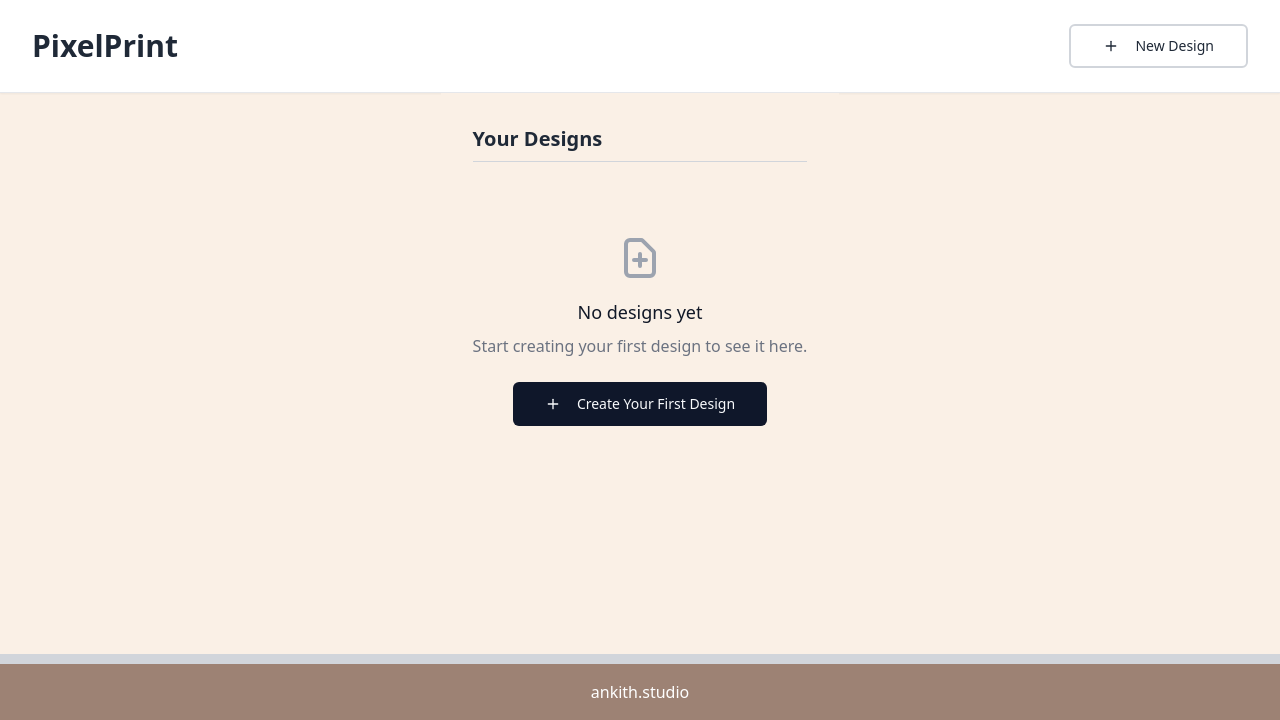
Repository: notankith/pixelprintv3
Page: /
An editor plug-in stored every save of this project. The page is shown before and after the next save, followed by the edit.
The browser window is 1280 px wide. The pictures show the whole page.
The page's requests for data from a server got no answer. The project was rebuilt for these pictures with package versions that can differ from the ones it lists, and the page was loaded fresh each time. No one was signed in, and anything a server would have sent is missing. Also part of the build but not shown: vite.config.ts, src/components/ui/tooltip.tsx, src/components/ui/badge.tsx, src/components/canvas/CanvasEditor.tsx, src/components/ui/input.tsx, src/components/ui/label.tsx, src/components/ui/select.tsx, src/components/ui/checkbox.tsx and 5 more.

Above is the page before, as saved 2025-09-06 14:36:29.

### index.html
<!DOCTYPE html>
<html lang="en">
  <head>
    <meta charset="UTF-8" />
    <meta name="viewport" content="width=device-width, initial-scale=1.0" />
    <title>pixelprint-designer</title>
    <meta name="description" content="Lovable Generated Project" />
    <meta name="author" content="Lovable" />

    <meta property="og:title" content="pixelprint-designer" />
    <meta property="og:description" content="Lovable Generated Project" />
    <meta property="og:type" content="website" />
    <meta property="og:image" content="https://lovable.dev/opengraph-image-p98pqg.png" />

    <meta name="twitter:card" content="summary_large_image" />
    <meta name="twitter:site" content="@lovable_dev" />
    <meta name="twitter:image" content="https://lovable.dev/opengraph-image-p98pqg.png" />
  </head>

  <body>
    <div id="root"></div>
    <script type="module" src="/src/main.tsx"></script>
  </body>
</html>

### src/components/ui/toaster.tsx
import { useToast } from "@/hooks/use-toast"
import {
  Toast,
  ToastClose,
  ToastDescription,
  ToastProvider,
  ToastTitle,
  ToastViewport,
} from "@/components/ui/toast"

export function Toaster() {
  const { toasts } = useToast()

  return (
    <ToastProvider>
      {toasts.map(function ({ id, title, description, action, ...props }) {
        return (
          <Toast key={id} {...props}>
            <div className="grid gap-1">
              {title && <ToastTitle>{title}</ToastTitle>}
              {description && (
                <ToastDescription>{description}</ToastDescription>
              )}
            </div>
            {action}
            <ToastClose />
          </Toast>
        )
      })}
      <ToastViewport />
    </ToastProvider>
  )
}

### src/components/ui/sonner.tsx
import { useTheme } from "next-themes"
import { Toaster as Sonner, toast } from "sonner"

type ToasterProps = React.ComponentProps<typeof Sonner>

const Toaster = ({ ...props }: ToasterProps) => {
  const { theme = "system" } = useTheme()

  return (
    <Sonner
      theme={theme as ToasterProps["theme"]}
      className="toaster group"
      toastOptions={{
        classNames: {
          toast:
            "group toast group-[.toaster]:bg-background group-[.toaster]:text-foreground group-[.toaster]:border-border group-[.toaster]:shadow-lg",
          description: "group-[.toast]:text-muted-foreground",
          actionButton:
            "group-[.toast]:bg-primary group-[.toast]:text-primary-foreground",
          cancelButton:
            "group-[.toast]:bg-muted group-[.toast]:text-muted-foreground",
        },
      }}
      {...props}
    />
  )
}

export { Toaster, toast }

### src/pages/Index.tsx
import AppContainer from '@/components/AppContainer';

const Index = () => {
  return <AppContainer />;
};

export default Index;

### src/components/AppContainer.tsx
import React, { useState } from 'react';
import { Dashboard } from '@/components/Dashboard';
import { StickerDesigner } from '@/components/StickerDesigner';
import { Design } from '@/components/StickerDesigner';

type View = 'dashboard' | 'editor';

const AppContainer: React.FC = () => {
  const [currentView, setCurrentView] = useState<View>('dashboard');
  const [currentDesign, setCurrentDesign] = useState<Design | undefined>();

  const handleNavigateToEditor = (design?: Design) => {
    setCurrentDesign(design);
    setCurrentView('editor');
  };

  const handleNavigateToDashboard = () => {
    setCurrentView('dashboard');
    setCurrentDesign(undefined);
  };

  return (
    <div className="w-full h-full">
      {currentView === 'dashboard' ? (
        <Dashboard onNavigateToEditor={handleNavigateToEditor} />
      ) : (
        <StickerDesigner
          initialDesign={currentDesign}
          onNavigateBack={handleNavigateToDashboard}
        />
      )}
    </div>
  );
};

export default AppContainer;

### src/components/Dashboard.tsx
import React, { useState, useEffect } from 'react';
import { Button } from '@/components/ui/button';
import { Card, CardContent, CardHeader, CardTitle } from '@/components/ui/card';
import { Badge } from '@/components/ui/badge';
import { Separator } from '@/components/ui/separator';
import { Edit, Trash2, Printer, Plus, ExternalLink, RefreshCw } from 'lucide-react';
import { supabase } from '@/integrations/supabase/client';
import { toast } from 'sonner';
import { Design, DesignElement } from './StickerDesigner';
import { generateCanvasThumbnail, printDesign } from '@/utils/canvasUtils';
import { simplePrintDesign } from '@/utils/simplePrint';

interface DashboardProps {
  onNavigateToEditor: (design?: Design) => void;
}

interface SavedDesign extends Design {
  thumbnail?: string;
  created_at?: string;
  updated_at?: string;
}

export const Dashboard: React.FC<DashboardProps> = ({ onNavigateToEditor }) => {
  const [designs, setDesigns] = useState<SavedDesign[]>([]);
  const [isLoading, setIsLoading] = useState(true);
  const [generatingThumbnails, setGeneratingThumbnails] = useState<Set<string>>(new Set());

  // Load designs on component mount
  useEffect(() => {
    loadDesigns();
  }, []);

  const loadDesigns = async () => {
    try {
      setIsLoading(true);
      const { data, error } = await supabase
        .from('designs')
        .select('*')
        .order('created_at', { ascending: false });

      if (error) throw error;

      const formattedDesigns: SavedDesign[] = data.map(d => ({
        id: d.id,
        name: d.name,
        canvasWidth: d.canvas_width,
        canvasHeight: d.canvas_height,
        elements: Array.isArray(d.elements) ? (d.elements as unknown as DesignElement[]) : [],
        thumbnail: d.thumbnail_url,
        created_at: d.created_at,
        updated_at: d.updated_at,
      }));

      setDesigns(formattedDesigns);
    } catch (error) {
      console.error('Error loading designs:', error);
      toast.error('Failed to load designs');
    } finally {
      setIsLoading(false);
    }
  };

  const handleEdit = (design: SavedDesign) => {
    onNavigateToEditor(design);
  };

  const handleDelete = async (designId: string, designName: string) => {
    if (!window.confirm(`Are you sure you want to delete "${designName}"?`)) {
      return;
    }

    try {
      const { error } = await supabase
        .from('designs')
        .delete()
        .eq('id', designId);

      if (error) throw error;

      setDesigns(prev => prev.filter(d => d.id !== designId));
      toast.success('Design deleted successfully');
    } catch (error) {
      console.error('Error deleting design:', error);
      toast.error('Failed to delete design');
    }
  };

  const handleQuickPrint = async (design: SavedDesign) => {
    try {
      console.log('🖨️ Quick Print requested for design:', design.id);
      console.log('📋 Design data:', {
        name: design.name,
        canvasWidth: design.canvasWidth,
        canvasHeight: design.canvasHeight,
        elementsCount: design.elements?.length || 0
      });

      // Use the simple print function for testing
      await simplePrintDesign(design);
      console.log('✅ Print completed successfully');

    } catch (error) {
      console.error('❌ Error with Quick Print:', error);
      toast.error(error.message || 'Failed to print. Please try again.');
    }
  };

  const generateNewThumbnail = async (design: SavedDesign) => {
    if (generatingThumbnails.has(design.id)) return;

    setGeneratingThumbnails(prev => new Set(prev).add(design.id));

    try {
      const thumbnailDataURL = await generateCanvasThumbnail(design);

      // Update the design with the generated thumbnail
      setDesigns(prev => prev.map(d =>
        d.id === design.id ? { ...d, thumbnail: thumbnailDataURL } : d
      ));

      // Optionally save thumbnail to database
      await supabase
        .from('designs')
        .update({ thumbnail_url: thumbnailDataURL })
        .eq('id', design.id);

    } catch (error) {
      console.error('Error generating thumbnail:', error);
    } finally {
      setGeneratingThumbnails(prev => {
        const next = new Set(prev);
        next.delete(design.id);
        return next;
      });
    }
  };

  const renderThumbnail = (design: SavedDesign) => {
    const isGenerating = generatingThumbnails.has(design.id);

    // Always use the saved thumbnail_url if available
    if (design.thumbnail) {
      return (
        <div className="relative">
          <div className="w-full h-40 bg-gray-50 rounded-md border-2 border-gray-200 overflow-hidden">
            <img
              src={design.thumbnail}
              alt={design.name}
              className="w-full h-full object-contain"
              style={{
                imageRendering: 'crisp-edges'
              }}
            />
          </div>
          <Button
            variant="ghost"
            size="sm"
            onClick={() => generateNewThumbnail(design)}
            className="absolute top-1 right-1 h-6 w-6 p-0 bg-white hover:bg-gray-50 border border-gray-300"
            disabled={isGenerating}
          >
            <RefreshCw className={`h-3 w-3 ${isGenerating ? 'animate-spin' : ''}`} />
          </Button>
        </div>
      );
    }

    // Create a simple thumbnail representation
    const elementCount = design.elements.length;
    const hasText = design.elements.some(e => e.type === 'text');
    const hasImage = design.elements.some(e => e.type === 'image');

    return (
      <div className="relative w-full h-40 bg-gray-50 border-2 border-gray-200 rounded-md flex flex-col items-center justify-center text-gray-600 text-sm">
        <div className="font-medium">{design.canvasWidth} × {design.canvasHeight}</div>
        <div className="mt-1">
          {elementCount} element{elementCount !== 1 ? 's' : ''}
        </div>
        <div className="flex gap-1 mt-1">
          {hasText && <Badge variant="secondary" className="text-xs bg-gray-200 text-gray-700">Text</Badge>}
          {hasImage && <Badge variant="secondary" className="text-xs bg-gray-200 text-gray-700">Image</Badge>}
        </div>
        <Button
          variant="outline"
          size="sm"
          onClick={() => generateNewThumbnail(design)}
          className="mt-2 h-6 text-xs border-2 border-gray-300 bg-white text-gray-700 hover:bg-gray-50"
          disabled={isGenerating}
        >
          {isGenerating ? (
            <>
              <RefreshCw className="h-3 w-3 animate-spin mr-1" />
              Generating...
            </>
          ) : (
            'Generate Preview'
          )}
        </Button>
      </div>
    );
  };

  const formatDate = (dateString?: string) => {
    if (!dateString) return 'Unknown';
    return new Date(dateString).toLocaleDateString('en-US', {
      year: 'numeric',
      month: 'short',
      day: 'numeric',
    });
  };

  return (
    <div className="min-h-screen flex flex-col" style={{ backgroundColor: '#faf0e6' }}>
      {/* Header */}
      <div className="bg-white shadow-sm border-b border-gray-200">
        <div className="max-w-7xl mx-auto px-4 sm:px-6 lg:px-8 py-6">
          <div className="flex flex-col sm:flex-row sm:items-center sm:justify-between">
            <div>
              <h1 className="text-3xl font-bold text-gray-800">PixelPrint</h1>
            </div>
            <Button
              onClick={() => onNavigateToEditor()}
              className="mt-4 sm:mt-0 bg-white hover:bg-gray-50 text-gray-800 border-2 border-gray-300"
              size="lg"
            >
              <Plus className="h-4 w-4 mr-2" />
              New Design
            </Button>
          </div>
        </div>
      </div>
      {/* Main Content */}
      <div className="max-w-7xl mx-auto px-4 sm:px-6 lg:px-8 py-8 flex-1" style={{ backgroundColor: '#faf0e6' }}>
        <div className="mb-6">
          <h2 className="text-xl font-semibold text-gray-800 mb-2">Your Designs</h2>
          <Separator className="bg-gray-300" />
        </div>

        {isLoading ? (
          <div className="grid grid-cols-1 md:grid-cols-2 lg:grid-cols-3 xl:grid-cols-4 gap-6">
            {[...Array(8)].map((_, i) => (
              <Card key={i} className="animate-pulse">
                <CardContent className="p-4">
                  <div className="w-full h-32 bg-gray-200 rounded-md mb-4"></div>
                  <div className="h-4 bg-gray-200 rounded mb-2"></div>
                  <div className="h-3 bg-gray-200 rounded w-2/3 mb-4"></div>
                  <div className="flex gap-2">
                    <div className="h-8 bg-gray-200 rounded flex-1"></div>
                    <div className="h-8 bg-gray-200 rounded w-8"></div>
                    <div className="h-8 bg-gray-200 rounded w-8"></div>
                  </div>
                </CardContent>
              </Card>
            ))}
          </div>
        ) : designs.length === 0 ? (
          <div className="text-center py-12">
            <div className="max-w-md mx-auto">
              <div className="mb-4 text-gray-400">
                <svg className="mx-auto h-12 w-12" fill="none" viewBox="0 0 24 24" stroke="currentColor">
                  <path strokeLinecap="round" strokeLinejoin="round" strokeWidth={2} d="M9 13h6m-3-3v6m5 5H7a2 2 0 01-2-2V5a2 2 0 012-2h5.586a1 1 0 01.707.293l5.414 5.414a1 1 0 01.293.707V19a2 2 0 01-2 2z" />
                </svg>
              </div>
              <h3 className="text-lg font-medium text-gray-900 mb-2">No designs yet</h3>
              <p className="text-gray-500 mb-6">Start creating your first design to see it here.</p>
              <Button onClick={() => onNavigateToEditor()} size="lg">
                <Plus className="h-4 w-4 mr-2" />
                Create Your First Design
              </Button>
            </div>
          </div>
        ) : (
          <div className="grid grid-cols-1 md:grid-cols-2 lg:grid-cols-3 xl:grid-cols-4 gap-6">
            {designs.map((design) => (
              <Card key={design.id} className="hover:shadow-lg transition-shadow duration-200 border-2 border-gray-200 bg-white">
                <CardHeader className="pb-3 bg-gray-50 rounded-t-md">
                  <div className="aspect-video">
                    {renderThumbnail(design)}
                  </div>
                </CardHeader>
                <CardContent className="pt-0 bg-white rounded-b-md">
                  <div className="mb-3">
                    <h3 className="font-medium text-gray-800 truncate" title={design.name}>
                      {design.name}
                    </h3>
                    <p className="text-sm text-gray-600 mt-1">
                      Modified {formatDate(design.updated_at)}
                    </p>
                  </div>
                  <div className="flex gap-2">
                    <Button
                      variant="default"
                      size="sm"
                      onClick={() => handleEdit(design)}
                      className="flex-1 bg-white hover:bg-gray-50 text-gray-800 border-2 border-gray-300"
                    >
                      <Edit className="h-3 w-3 mr-1" />
                      Edit
                    </Button>
                    <Button
                      variant="outline"
                      size="sm"
                      onClick={() => handleDelete(design.id, design.name)}
                      className="px-2 hover:bg-red-50 hover:border-red-200 border-2 border-gray-300 bg-white"
                    >
                      <Trash2 className="h-3 w-3 text-red-500" />
                    </Button>
                  </div>
                </CardContent>
              </Card>
            ))}
          </div>
        )}
      </div>
      {/* Footer separator and credits at the extreme bottom */}
      <div className="w-full h-2 bg-gray-300 mt-8" />
      <footer className="w-full text-center py-4 mt-0 border-t-2 border-gray-300" style={{ backgroundColor: '#9d8274' }}>
        <a href="https://ankith.studio" target="_blank" rel="noopener noreferrer" className="text-white font-medium hover:underline">
          ankith.studio
        </a>
      </footer>
    </div>
  );
};

### src/components/ui/button.tsx
import * as React from "react"
import { Slot } from "@radix-ui/react-slot"
import { cva, type VariantProps } from "class-variance-authority"

import { cn } from "@/lib/utils"

const buttonVariants = cva(
  "inline-flex items-center justify-center gap-2 whitespace-nowrap rounded-md text-sm font-medium ring-offset-background transition-colors focus-visible:outline-none focus-visible:ring-2 focus-visible:ring-ring focus-visible:ring-offset-2 disabled:pointer-events-none disabled:opacity-50 [&_svg]:pointer-events-none [&_svg]:size-4 [&_svg]:shrink-0",
  {
    variants: {
      variant: {
        default: "bg-primary text-primary-foreground hover:bg-primary/90",
        destructive:
          "bg-destructive text-destructive-foreground hover:bg-destructive/90",
        outline:
          "border border-input bg-background hover:bg-accent hover:text-accent-foreground",
        secondary:
          "bg-secondary text-secondary-foreground hover:bg-secondary/80",
        ghost: "hover:bg-accent hover:text-accent-foreground",
        link: "text-primary underline-offset-4 hover:underline",
      },
      size: {
        default: "h-10 px-4 py-2",
        sm: "h-9 rounded-md px-3",
        lg: "h-11 rounded-md px-8",
        icon: "h-10 w-10",
      },
    },
    defaultVariants: {
      variant: "default",
      size: "default",
    },
  }
)

export interface ButtonProps
  extends React.ButtonHTMLAttributes<HTMLButtonElement>,
    VariantProps<typeof buttonVariants> {
  asChild?: boolean
}

const Button = React.forwardRef<HTMLButtonElement, ButtonProps>(
  ({ className, variant, size, asChild = false, ...props }, ref) => {
    const Comp = asChild ? Slot : "button"
    return (
      <Comp
        className={cn(buttonVariants({ variant, size, className }))}
        ref={ref}
        {...props}
      />
    )
  }
)
Button.displayName = "Button"

export { Button, buttonVariants }

### src/components/ui/card.tsx
import * as React from "react"

import { cn } from "@/lib/utils"

const Card = React.forwardRef<
  HTMLDivElement,
  React.HTMLAttributes<HTMLDivElement>
>(({ className, ...props }, ref) => (
  <div
    ref={ref}
    className={cn(
      "rounded-lg border bg-card text-card-foreground shadow-sm",
      className
    )}
    {...props}
  />
))
Card.displayName = "Card"

const CardHeader = React.forwardRef<
  HTMLDivElement,
  React.HTMLAttributes<HTMLDivElement>
>(({ className, ...props }, ref) => (
  <div
    ref={ref}
    className={cn("flex flex-col space-y-1.5 p-6", className)}
    {...props}
  />
))
CardHeader.displayName = "CardHeader"

const CardTitle = React.forwardRef<
  HTMLParagraphElement,
  React.HTMLAttributes<HTMLHeadingElement>
>(({ className, ...props }, ref) => (
  <h3
    ref={ref}
    className={cn(
      "text-2xl font-semibold leading-none tracking-tight",
      className
    )}
    {...props}
  />
))
CardTitle.displayName = "CardTitle"

const CardDescription = React.forwardRef<
  HTMLParagraphElement,
  React.HTMLAttributes<HTMLParagraphElement>
>(({ className, ...props }, ref) => (
  <p
    ref={ref}
    className={cn("text-sm text-muted-foreground", className)}
    {...props}
  />
))
CardDescription.displayName = "CardDescription"

const CardContent = React.forwardRef<
  HTMLDivElement,
  React.HTMLAttributes<HTMLDivElement>
>(({ className, ...props }, ref) => (
  <div ref={ref} className={cn("p-6 pt-0", className)} {...props} />
))
CardContent.displayName = "CardContent"

const CardFooter = React.forwardRef<
  HTMLDivElement,
  React.HTMLAttributes<HTMLDivElement>
>(({ className, ...props }, ref) => (
  <div
    ref={ref}
    className={cn("flex items-center p-6 pt-0", className)}
    {...props}
  />
))
CardFooter.displayName = "CardFooter"

export { Card, CardHeader, CardFooter, CardTitle, CardDescription, CardContent }

### src/components/ui/separator.tsx
import * as React from "react"
import * as SeparatorPrimitive from "@radix-ui/react-separator"

import { cn } from "@/lib/utils"

const Separator = React.forwardRef<
  React.ElementRef<typeof SeparatorPrimitive.Root>,
  React.ComponentPropsWithoutRef<typeof SeparatorPrimitive.Root>
>(
  (
    { className, orientation = "horizontal", decorative = true, ...props },
    ref
  ) => (
    <SeparatorPrimitive.Root
      ref={ref}
      decorative={decorative}
      orientation={orientation}
      className={cn(
        "shrink-0 bg-border",
        orientation === "horizontal" ? "h-[1px] w-full" : "h-full w-[1px]",
        className
      )}
      {...props}
    />
  )
)
Separator.displayName = SeparatorPrimitive.Root.displayName

export { Separator }

### src/integrations/supabase/client.ts
// This file is automatically generated. Do not edit it directly.
import { createClient } from '@supabase/supabase-js';
import type { Database } from './types';

const SUPABASE_URL = "https://avxvritfxevmpjsfamhx.supabase.co";
const SUPABASE_PUBLISHABLE_KEY = "eyJhbGciOiJIUzI1NiIsInR5cCI6IkpXVCJ9.eyJpc3MiOiJzdXBhYmFzZSIsInJlZiI6ImF2eHZyaXRmeGV2bXBqc2ZhbWh4Iiwicm9sZSI6ImFub24iLCJpYXQiOjE3NTU3ODE2NDEsImV4cCI6MjA3MTM1NzY0MX0.f3hsTas44dBlwV0csJUwDhOkCGD-eJdBaqgJPSMSJwk";

// Import the supabase client like this:
// import { supabase } from "@/integrations/supabase/client";

export const supabase = createClient<Database>(SUPABASE_URL, SUPABASE_PUBLISHABLE_KEY, {
  auth: {
    storage: localStorage,
    persistSession: true,
    autoRefreshToken: true,
  }
});

Loaded but not shown: src/main.tsx (common file); src/App.tsx (common file); src/index.css (common file); src/hooks/use-toast.ts (common file); src/lib/utils.ts (common file); src/utils/canvasUtils.ts (725 lines, source omitted); src/utils/canvasManager.ts (264 lines, source omitted); src/components/ui/toast.tsx (127 lines, source omitted); src/utils/simplePrint.ts (90 lines, source omitted); tailwind.config.ts (108 lines, source omitted)

After the next save:
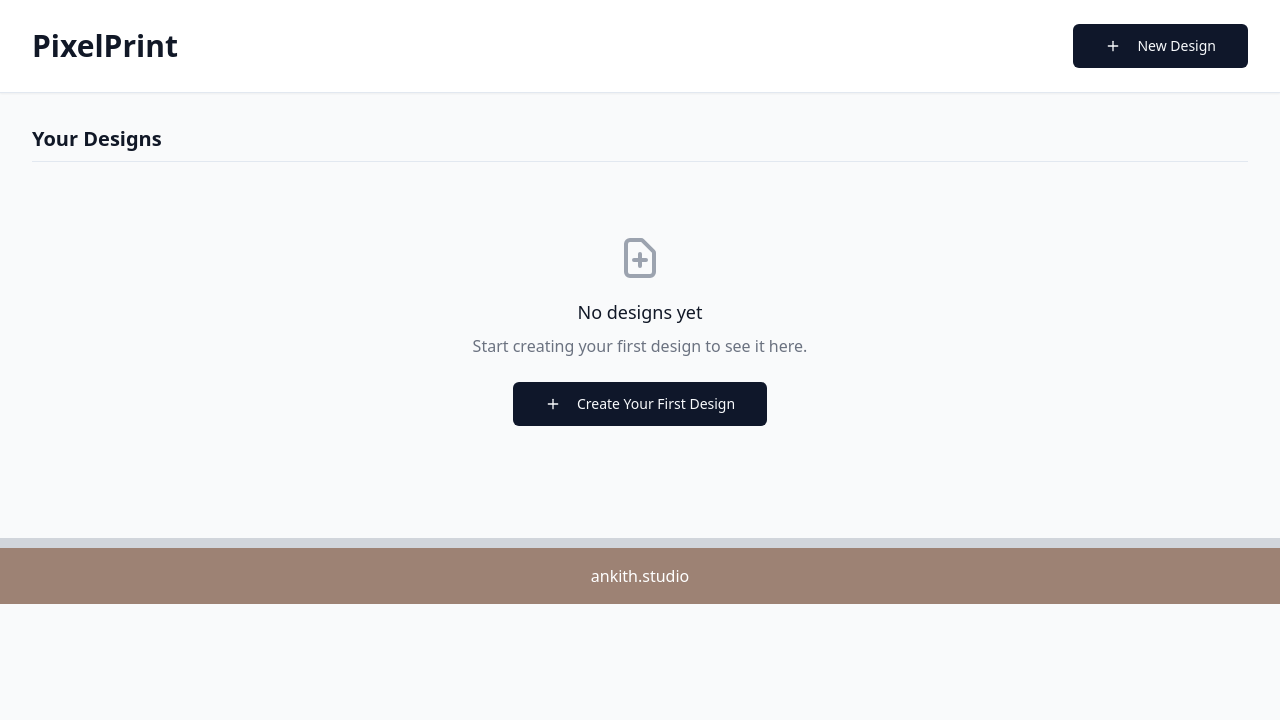
Saved 77 s later.
--- a/src/components/Dashboard.tsx
+++ b/src/components/Dashboard.tsx
@@ -210,17 +210,17 @@ export const Dashboard: React.FC<DashboardProps> = ({ onNavigateToEditor }) => {
   };
 
   return (
-    <div className="min-h-screen flex flex-col" style={{ backgroundColor: '#faf0e6' }}>
+    <div className="min-h-screen bg-gray-50">
       {/* Header */}
-      <div className="bg-white shadow-sm border-b border-gray-200">
+      <div className="bg-white shadow-sm border-b">
         <div className="max-w-7xl mx-auto px-4 sm:px-6 lg:px-8 py-6">
           <div className="flex flex-col sm:flex-row sm:items-center sm:justify-between">
             <div>
-              <h1 className="text-3xl font-bold text-gray-800">PixelPrint</h1>
+              <h1 className="text-3xl font-bold text-gray-900">PixelPrint</h1>
             </div>
             <Button
               onClick={() => onNavigateToEditor()}
-              className="mt-4 sm:mt-0 bg-white hover:bg-gray-50 text-gray-800 border-2 border-gray-300"
+              className="mt-4 sm:mt-0"
               size="lg"
             >
               <Plus className="h-4 w-4 mr-2" />
@@ -230,10 +230,10 @@ export const Dashboard: React.FC<DashboardProps> = ({ onNavigateToEditor }) => {
         </div>
       </div>
       {/* Main Content */}
-      <div className="max-w-7xl mx-auto px-4 sm:px-6 lg:px-8 py-8 flex-1" style={{ backgroundColor: '#faf0e6' }}>
+      <div className="max-w-7xl mx-auto px-4 sm:px-6 lg:px-8 py-8">
         <div className="mb-6">
-          <h2 className="text-xl font-semibold text-gray-800 mb-2">Your Designs</h2>
-          <Separator className="bg-gray-300" />
+          <h2 className="text-xl font-semibold text-gray-900 mb-2">Your Designs</h2>
+          <Separator />
         </div>
 
         {isLoading ? (
